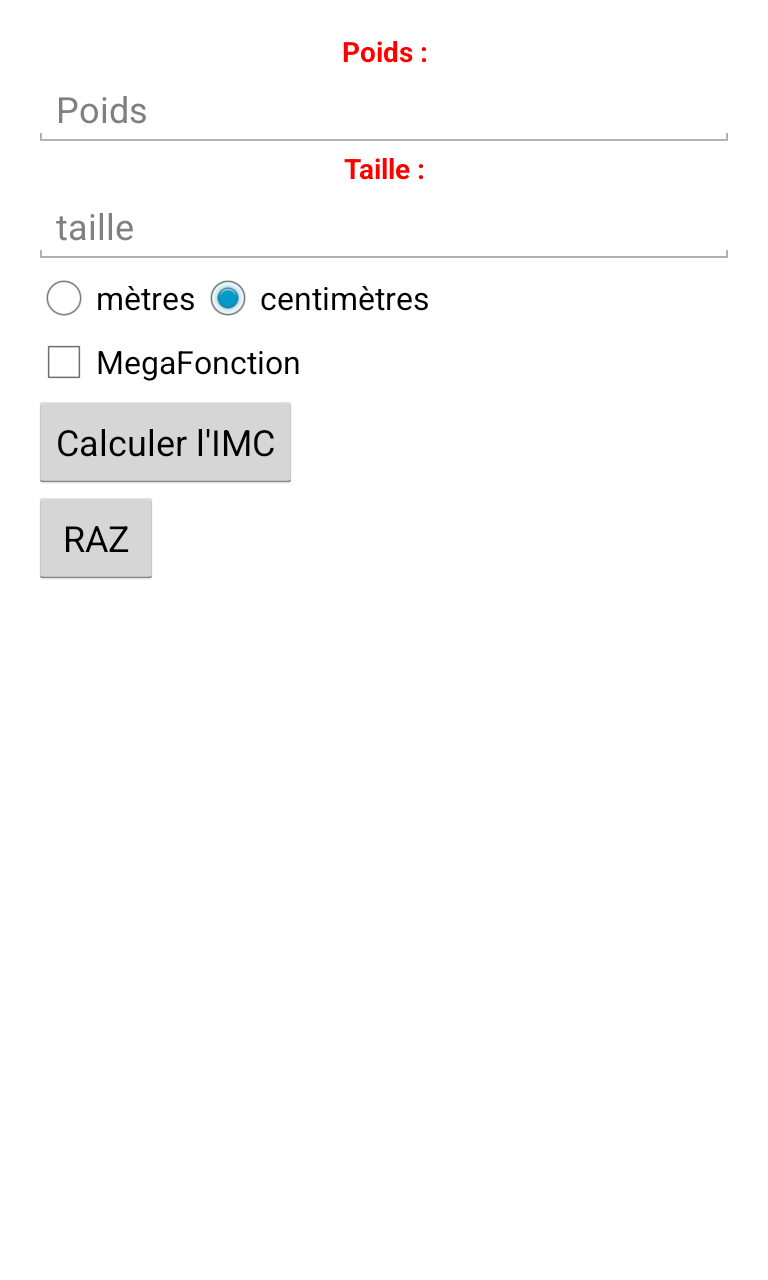
Repository: mikaelpopowicz/cours
Layout: graph/test/res/layout/activity_main.xml
An editor plug-in stored every save of this project. The layout is shown before and after the next save, followed by the edit.
It is drawn on a 768 x 1280 px phone screen (xhdpi) without system bars, with theme AppTheme; the app's code is not run.

Above is the layout before, as saved 2014-02-26 22:50:14.

After the next save:
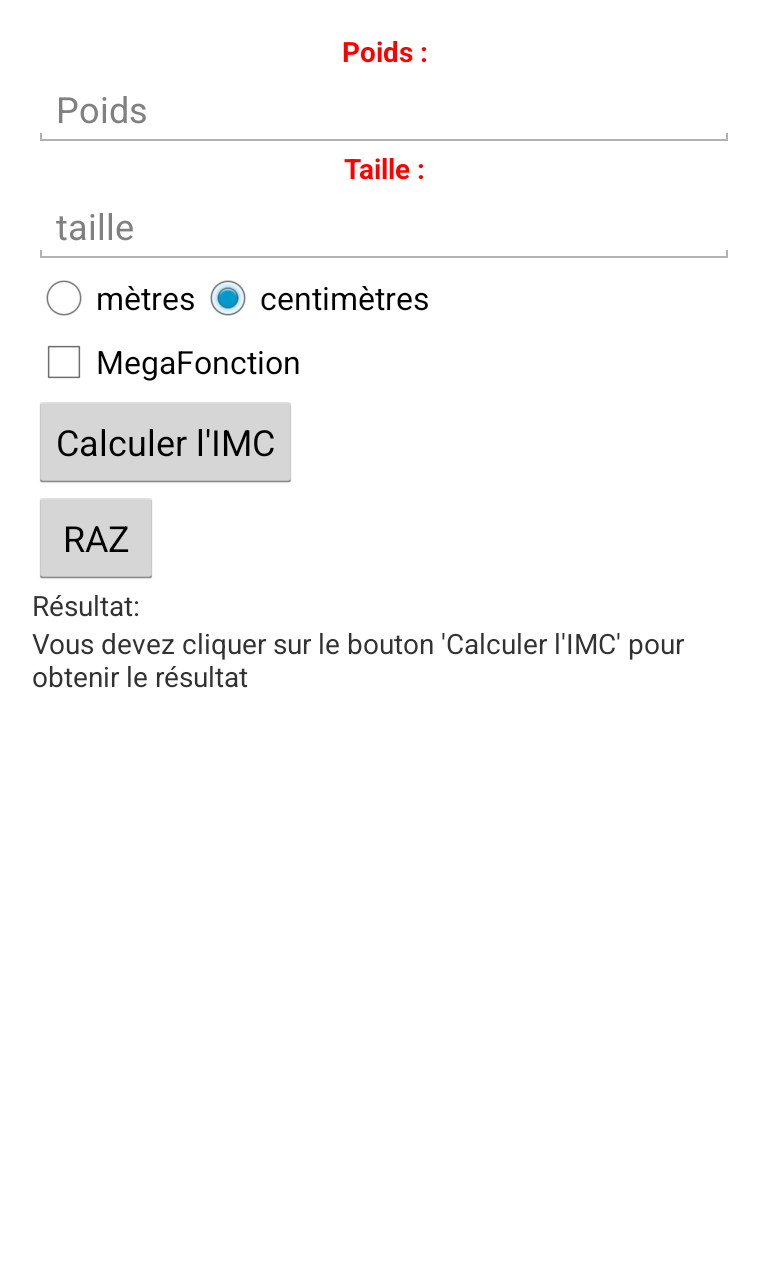
Saved 2 min 40 s later.
--- a/graph/test/res/layout/activity_main.xml
+++ b/graph/test/res/layout/activity_main.xml
@@ -71,4 +71,15 @@
         android:layout_height="wrap_content"
         android:text="RAZ"/>
 
+    <TextView
+        android:layout_width="wrap_content"
+        android:layout_height="wrap_content"
+        android:text="Résultat:"/>
+
+    <TextView
+        android:id="@+id/resultat"
+        android:layout_height="wrap_content"
+        android:layout_width="wrap_content"
+        android:text="Vous devez cliquer sur le bouton 'Calculer l'IMC' pour obtenir le résultat"/>
+
 </LinearLayout>
